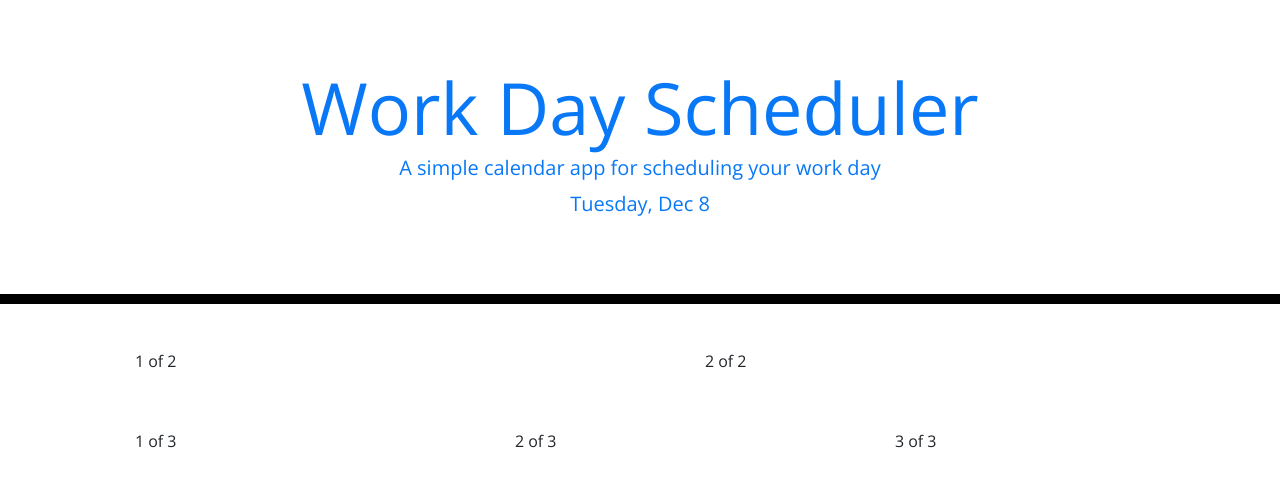
Repository: Mf948/DailyPlannerJS
Page: Develop/index.html
The author's editor kept a copy of each file at every save. The page is drawn from the files as they stood at one save, then again after the next save.
The browser window is 1280 px wide. The pictures show the whole page.
Some web libraries are served in a nearby version.

Above is the page before, as saved 2020-12-09 17:00:05.

After the next save:
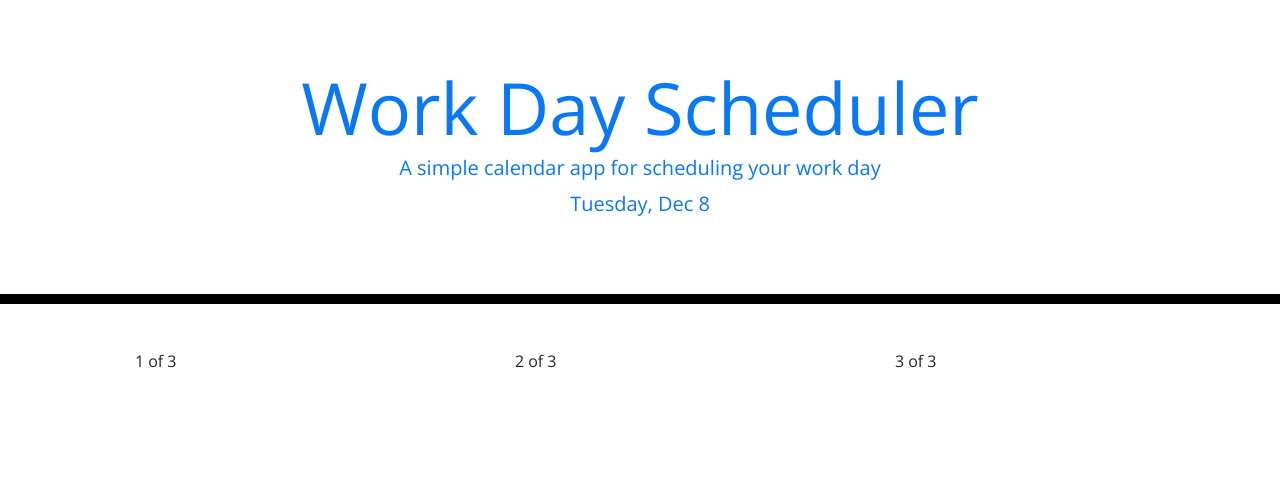
Saved 22 s later.
--- a/Develop/index.html
+++ b/Develop/index.html
@@ -33,14 +33,6 @@
       <!-- Timeblocks go here -->
         <div class="row">
           <div class="col">
-            1 of 2
-          </div>
-          <div class="col">
-            2 of 2
-          </div>
-        </div>
-        <div class="row">
-          <div class="col">
             1 of 3
           </div>
           <div class="col">
